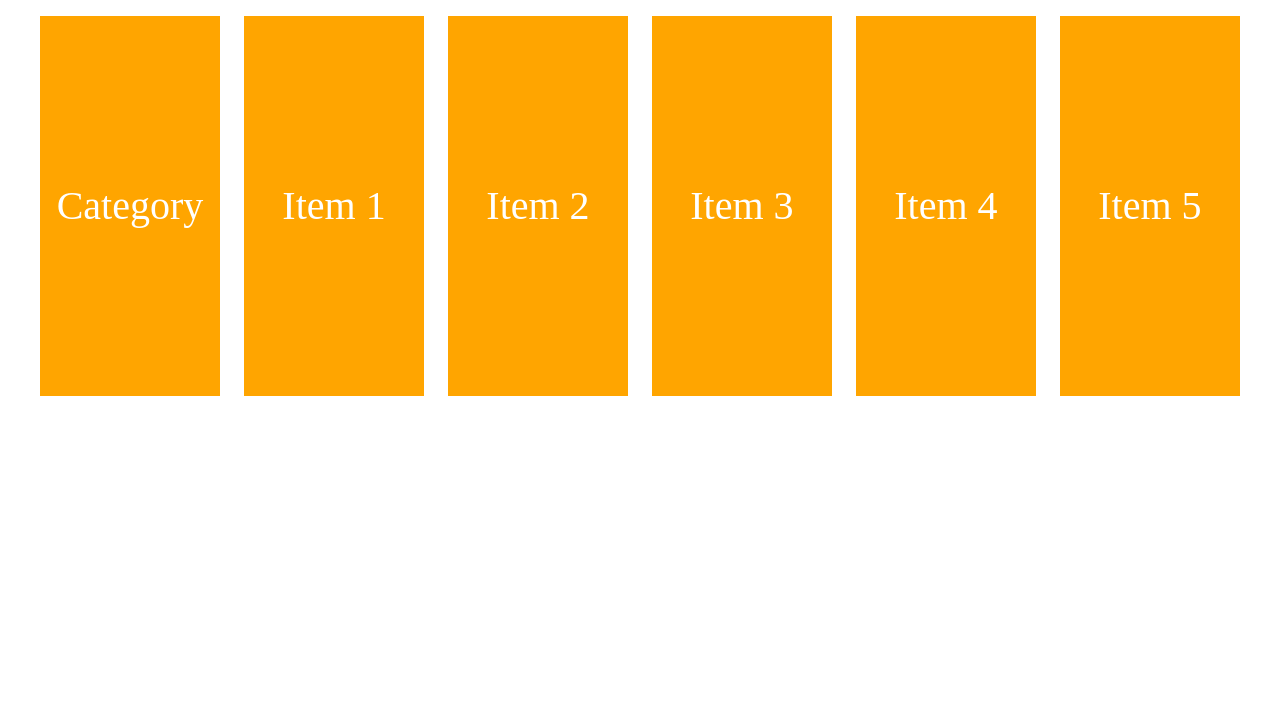
Repository: Huy48552/Grid-base
Page: layout2.html
The author's editor kept a copy of each file at every save. The page is drawn from the files as they stood at one save, then again after the next save.
The browser window is 1280 px wide. The pictures show the whole page.

Above is the page before, as saved 2021-08-23 15:17:20.

After the next save:
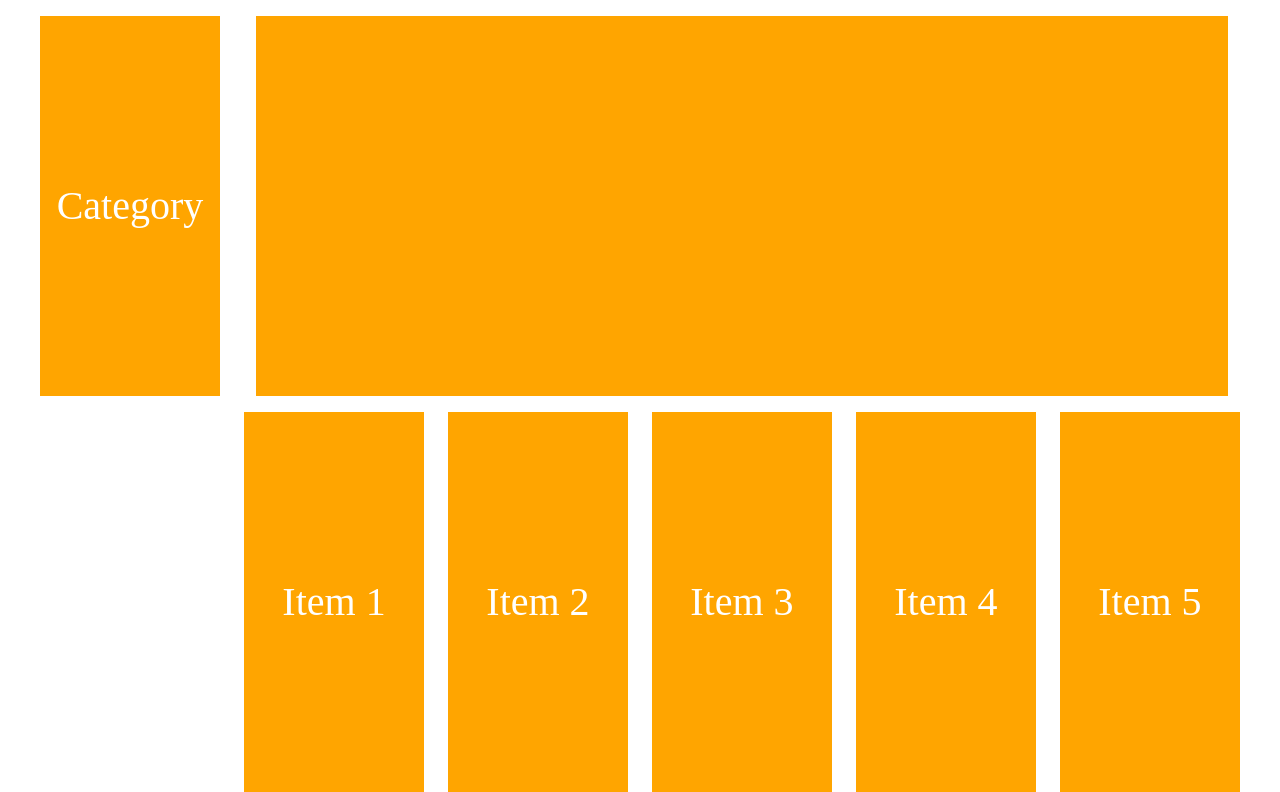
Saved 13 s later.
--- a/layout2.html
+++ b/layout2.html
@@ -17,7 +17,9 @@
 
             <div class="col l-10">
                 <div class="content">
-                    <div class="col l-12"></div>
+                    <div class="col l-12">
+                        <div class="item"></div>
+                    </div>
                     <div class="row">
                         <div class="col l-2-4">
                             <div class="item">Item 1</div>

After the save that followed:
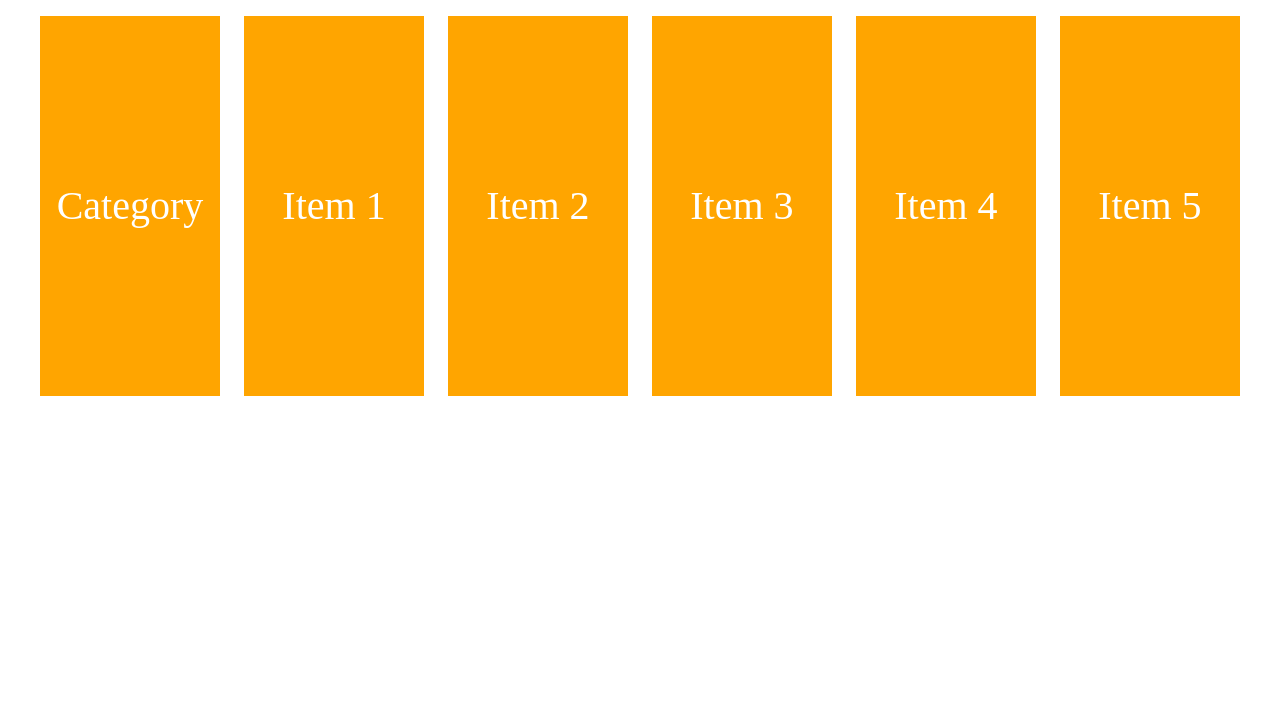
Saved 73 s later.
--- a/layout2.html
+++ b/layout2.html
@@ -17,9 +17,6 @@
 
             <div class="col l-10">
                 <div class="content">
-                    <div class="col l-12">
-                        <div class="item"></div>
-                    </div>
                     <div class="row">
                         <div class="col l-2-4">
                             <div class="item">Item 1</div>
